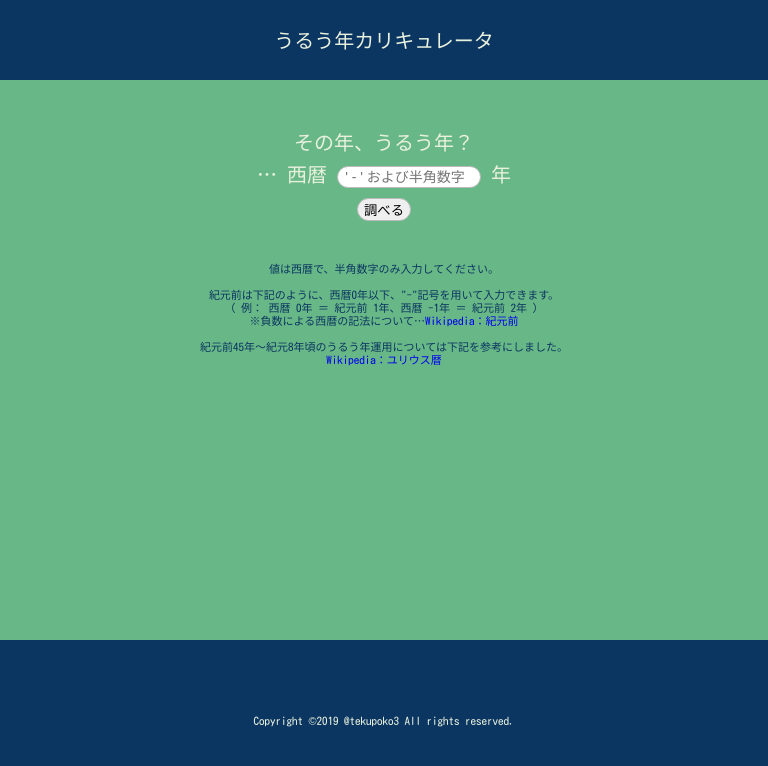
Repository: tekupoko3/leap_year_calculator
Page: leapyearcalc/judgeleapyear/templates/judgeleapyear/index.html
The author's editor kept a record of every edit. The page is drawn from the files as they stood at one moment, then again after the next edit.
The browser window is 768 px wide. The pictures show the whole page.
The template is drawn by Django 3.2. The application's start-up code is not run. Other server files are loaded and not shown. The template is opened directly, without the code that normally fills it, so the values that code supplies are empty.

Above is the page before.

### leapyearcalc/judgeleapyear/templates/judgeleapyear/index.html
<!DOCTYPE html>
<html lang="ja">
<head>
  <meta charset="UTF-8">
  <meta name="viewport" content="width=device-width, initial-scale=1.0">
  <meta http-equiv="X-UA-Compatible" content="ie=edge">

  <meta http-equiv="content-language" content="ja" />
  <meta name="description" content="シンプルなうるう年判定器です。" />
  <meta name="keywords" content="うるう年, 閏年, leap year, 計算, 判定, カリキュレータ" />
  <meta name="creation date" content="December 15, 2019" />
  <meta name="copyright" content="Copyright (C) 2019 @tekupoko3" />
  <meta name="country code" scheme="81" />
  <link rel="start" href="https://leapyearcalc.herokuapp.com" />
  <meta name="Targted Geographic Area" content="Japan" />
  <meta name="distribution" content="Global" />
  <meta name="coverage" content="Japan" />
  <meta name="classification" content="エンターテイメント" />
  <meta name="rating" content="All Ages" />
  <meta name="robots" content="NOARCHIVE" />
  <meta http-equiv="pragma" content="no-cache" />
  <meta name="robots" content="NOIMAGEINDEX" />
  <meta name="robots" content="NOIMAGECLICK" />
  <meta http-equiv="imagetoolbar" content="no" />
  <meta name="robots" content="NOODP" />
  <meta name="robots" content="NOYDIR" />
  <meta name="format-detection" content="telephone=no,email=no" />


  <title>うるう年カリキュレータ</title>


  {% load static %}
  <link rel="stylesheet" href="{% static "judgeleapyear/reset.css" %}" type="text/css" />
  <link href="https://fonts.googleapis.com/css?family=Kosugi+Maru&display=swap" rel="stylesheet">
  <link rel="stylesheet" href="{% static "judgeleapyear/base.css" %}" type="text/css" />
  <link rel="stylesheet" href="{% static "judgeleapyear/index.css" %}" type="text/css" />
</head>
<body>
  <header>
    <div class="navbar">
      <div class="headertitle">
        <a href="/"><p>うるう年カリキュレータ</p></a>
      </div>
    </div>
    <div class="flash">

    </div>
  </header>
  <main>
    <div class="mainwrapper">
      <div class="yearform">
        <form action="calc" id="yearinput" method="post">
          {% csrf_token %}
          <p>その年、うるう年？</p>
          <div class="inputblock">
              … 西暦
            {% if year is None %}
              <input type="text" name="year" placeholder="' - ' および半角数字" class="inputbox" pattern="-?[0-9]+" title="半角負号' - '（任意）と、連続した半角数字のみで入力して下さい。" required />
            {% else %}
              <input type="text" name="year" placeholder="' - ' および半角数字" value='{{ year }}' class="inputbox" pattern="-?[0-9]+" title="半角負号' - '（任意）と、連続した半角数字のみで入力して下さい。" required />
            {% endif %}
            年
          </div>
          <input type="submit" value="調べる" class="button">
        </form>
      </div>
      {% if not error is None %}
      <div class="error-text">
          <p>{{ error }}</p>
      </div>
      {% endif %}
      <p>値は西暦で、半角数字のみ入力してください。</p>
      <br>
      <p>紀元前は下記のように、西暦0年以下、"-"記号を用いて入力できます。</p>
      <p>（ 例： 西暦 0年 ＝ 紀元前 1年、西暦 -1年 ＝ 紀元前 2年 ）</p>
      <p>※負数による西暦の記法について…<a href="https://ja.wikipedia.org/wiki/%E7%B4%80%E5%85%83%E5%89%8D#%E5%A4%A9%E6%96%87%E5%AD%A6%E3%81%AB%E3%81%8A%E3%81%91%E3%82%8B%E7%B4%80%E5%85%83%E5%89%8D" target="_blank">Wikipedia：紀元前</a></p>
      <br>
      <p>紀元前45年〜紀元8年頃のうるう年運用については下記を参考にしました。</p>
      <p><a href="https://ja.wikipedia.org/wiki/%E3%83%A6%E3%83%AA%E3%82%A6%E3%82%B9%E6%9A%A6#%E9%81%8B%E7%94%A8" target="_blank">Wikipedia：ユリウス暦</a></p>
      {% if not result is None %}
        {% if result == "ユリウス暦以前" %}
          <div class="result">
            <p>紀元前46年以前には<span>うるう年の概念は<br class="sp-br">ありませんでした。</span></p>
          </div>
        {% elif year >= 5000000000 %}
          <div class="result">
            <p>{{ year_text }}年は<span>{{ result }}</span>ですが、<br><span>その頃には地球は<br><a href="https://news.livedoor.com/article/detail/15371910/" target="_blank">太陽に飲み込まれている</a>かもしれません。</span></p>
          </div>
        {% elif year >= 1750000000 %}
          <div class="result">
            <p>{{ year_text }}年は<span>{{ result }}</span>ですが、<br><span>その頃には<a href="https://matome.naver.jp/odai/2138299155821433901" target="_blank">地球上に生物がいない</a>かもしれません。</span></p>
          </div>
        {% else %}
          <div class="result">
            <p>{{ year_text }}年は<span>{{ result }}</span>です。</p>
          </div>
        {% endif %}
      {% endif %}
    </div>
  </main>
  <footer>
    <p>Copyright ©2019 <a href="https://twitter.com/tekupoko3" target="_blank">@tekupoko3</a> All rights reserved.</p>
  </footer>
</body>
</html>

### leapyearcalc/judgeleapyear/static/judgeleapyear/base.css
html, body, div, span, object, iframe,
h1, h2, h3, h4, h5, h6, p, blockquote, pre,
abbr, address, cite, code,
del, dfn, em, img, ins, kbd, q, samp,
small, strong, sub, sup, var,
b, i,
dl, dt, dd, ol, ul, li,
fieldset, form, label, legend,
table, caption, tbody, tfoot, thead, tr, th, td,
article, aside, canvas, details, figcaption, figure,
footer, header, hgroup, menu, nav, section, summary,
time, mark, audio, video {
  font-family: 'Kosugi Maru', sans-serif;
  -webkit-box-sizing: border-box;
  -moz-box-sizing: border-box;
  box-sizing: border-box;
}

a {
  text-decoration: none;
}

### leapyearcalc/judgeleapyear/static/judgeleapyear/index.css
header .navbar{
  background-color: #0B3661;
  width: 100vw;
  height: 20vh;
  display: flex;
  flex-flow: row wrap;
  justify-content: space-around;
  align-items: center;
}

.headertitle a{
  text-decoration: none;
}

.headertitle > a > p{
  color: #E8F0DE;
  flex: 0 1 auto;
  display: block;
  font-size: 40px;
}

main{
  width: 100vw;
  height: 70vh;
}

main .mainwrapper{
  background-color: #68B787;
  width: 100vw;
  height: 100%;
  text-align: center;
  padding: 2px;
  color: #0B3661;
  font-size: 13px;
}

main .mainwrapper .yearform{
  display: flex;
  width: 100%;
  padding-top: 50px;
  padding-bottom: 40px;
  flex-flow: row wrap;
  justify-content: center;
  align-items: center;
}

main .mainwrapper .yearform > form > p{
  display: inline;
  vertical-align: middle;
  flex: 0 1 auto;
  color: #E8F0DE;
  font-size: 20px;
  padding-top: 2px;
}

.inputblock{
  display: inline-block;
  vertical-align: middle;
  min-width: 280px;
  flex: 0 1 auto;
  color: #E8F0DE;
  font-size: 20px;
  padding-top: 2px;
}

main .mainwrapper > p{
  vertical-align: middle;
  color: #0B3661;
  font-size: 13px;
  padding-top: 2px;
}

main .mainwrapper > p > a{
  text-decoration: none;
}

.inputbox{
  flex: 0 1 auto;
  width: 130px;
  -webkit-border-radius: 20px;
  -moz-border-radius: 20px;
  text-align: center;
  vertical-align: middle;
  border: 1px solid #bbb;
  border-radius: 20px;
  font-size: 16px;
  color: #333;
  padding-right: 10px;
  ime-mode: disabled;
}

.inputbox::-webkit-input-placeholder {
  font-size: 14px;
}
.inputbox:-moz-placeholder {
  font-size: 14px;
}
.inputbox::-moz-placeholder {
  font-size: 14px;
}
.inputbox:-ms-input-placeholder {
  font-size: 14px;
}

.button{
  flex: 0 1 auto;
  vertical-align: middle;
  border: 1px solid #bbb;
  -webkit-border-radius: 20px;
  -moz-border-radius: 20px;
  border-radius: 20px;
}

.error-text > p{
  color: #922;
  font-size: 13px;
  margin-bottom: 10px;
}

main .mainwrapper .result{
  margin-top: 20px;
  display: flex;
  flex-flow: row wrap;
  justify-content: space-around;
  align-items: center;
}

main .mainwrapper .result > p{
  color: #E8F0DE;
  font-size: 30px;
}

main .mainwrapper .result > p > span{
  color: #E8F0DE;
  font-size: 60px;
}

footer {
  background-color: #0B3661;
  width: 100vw;
  height: 10vh;
  display: flex;
  flex-flow: row wrap;
  justify-content: space-around;
  align-items: center;
}

footer p{
  color: #E8F0DE;
  flex: 0 1 auto;
  display: block;
  font-size: 15px;
}

footer p > a{
  color: #E8F0DE;
  flex: 0 1 auto;
  text-decoration: none;
}

@media screen and (min-width:780px){
  .sp-br{
    display: none;
  }

}

@media screen and (max-width:780px){
  header .navbar{
    height: 10vh;
  }

  .headertitle a > p{
    font-size: 20px;
    flex-flow: row wrap;
    justify-content: center;
    align-items: center;
    vertical-align: middle;
  }

  main{
    height: 70vh;
  }

  main .mainwrapper p{
    color: #0B3661;
    font-size: 11px;
    padding-top: 2px;
  }

  .inputblock{
    display: block;
    margin: 10px;
  }

  main .mainwrapper .error-text > p{
    color: #922;
    display: block;
    width: 400px;
    margin: auto;
    margin-top: 10px;
    margin-bottom: 10px;
    font-size: 11px;
    text-align: center;
  }


  main .mainwrapper .result{
    display: flex;
    flex-flow: row wrap;
    justify-content: center;
    align-items: center;
    vertical-align: middle;

  }

  main .mainwrapper .result > p{
    flex: 0 1 auto;
    color: #E8F0DE;
    font-size: 20px;
  }


  main .mainwrapper .result > p > span{
    flex: 0 1 auto;
    width: 350px;
    color: #E8F0DE;
    font-size: 25px;
    display: block;
    padding: 10px 40px;
    word-wrap:break-word;
  }

  footer {
    height: 20vh;
  }


  footer p{
    font-size: 11px;
  }
}

Loaded but not shown: leapyearcalc/judgeleapyear/static/judgeleapyear/reset.css (common file)

After the next edit:
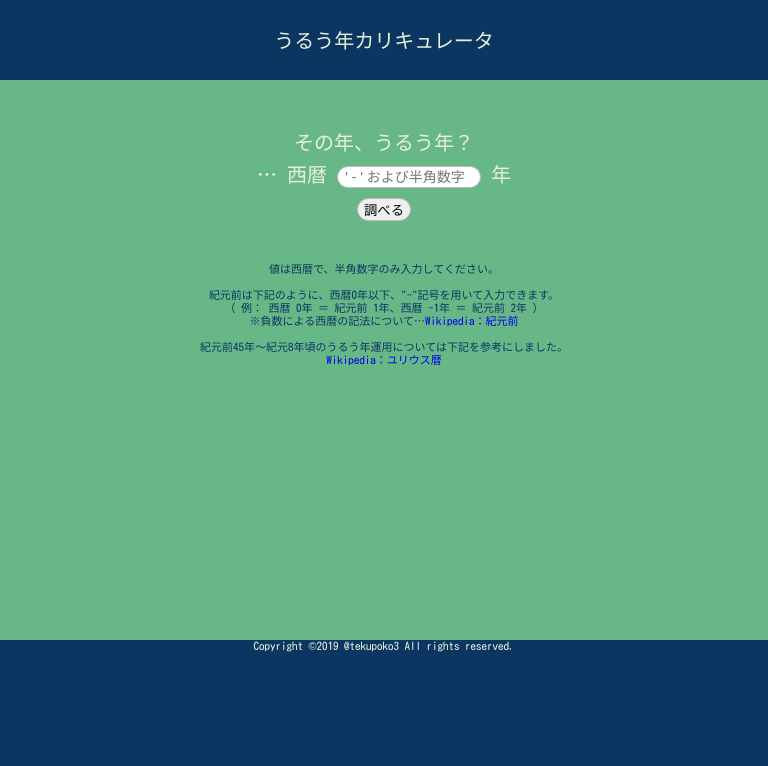
The edit:
--- a/leapyearcalc/judgeleapyear/static/judgeleapyear/index.css
+++ b/leapyearcalc/judgeleapyear/static/judgeleapyear/index.css
@@ -233,6 +233,7 @@
 
   footer {
     height: 20vh;
+    align-items: start;
   }
 
 
